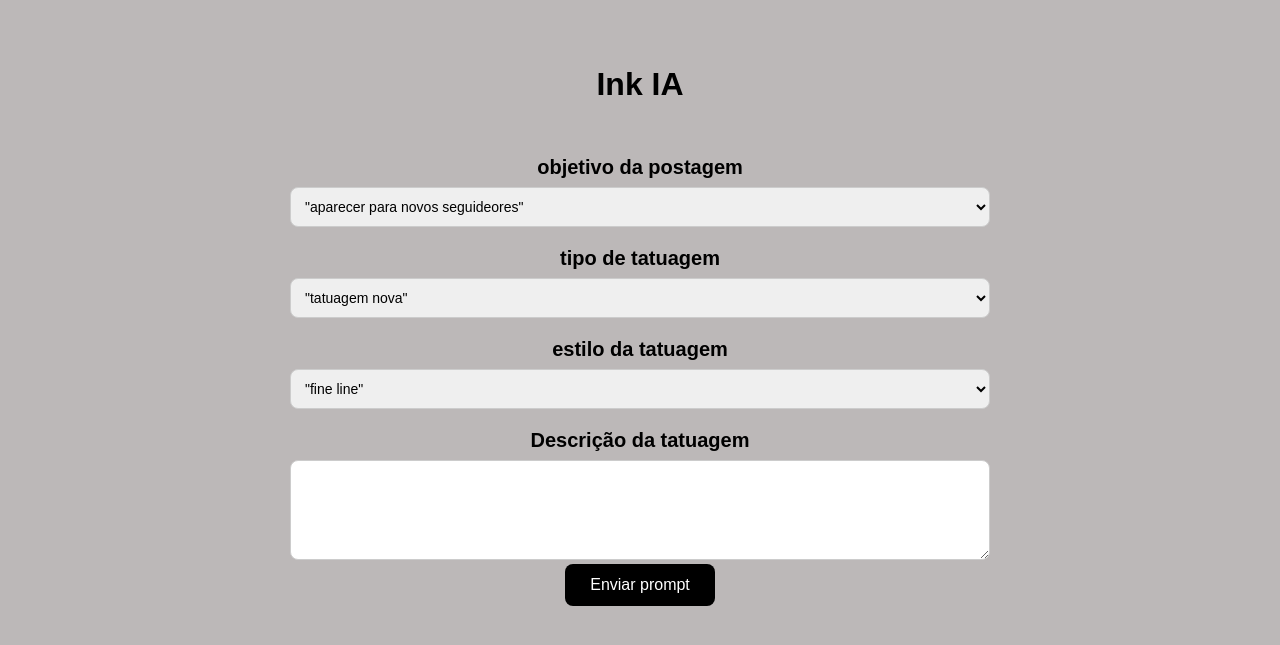
Repository: Ubiratandev/ink_api
Page: ink_IA/ink_ia.html
An editor plug-in stored every save of this project. The page is shown before and after the next save, followed by the edit.
The browser window is 1280 px wide. The pictures show the whole page.

Above is the page before, as saved 2026-03-25 00:15:50.

### ink_IA/ink_ia.html
<!DOCTYPE html>
<html>
<head>
    <link rel="stylesheet" href="styles.css">
    <title>Ink IA</title>
</head>
<header>
    <h1>Ink IA</h1>
</header>
<body>
   <div class="objetivo">
    <h2>objetivo da postagem</h2>
    <select value = "Objetivo da postagem:" id = "objetivo" onchange={changeObjetivo()}>
    <optgroup>
        <option value = "aparecer para novos seguideores"> "aparecer para novos seguideores"</option>
        <option value = "engajar com pessoas que ja viram as suas postagens">"engajar com pessoas que ja viram as suas postagens"</option>
        <option value = "vender para pessoas que ja engajaram com voce">"vender para pessoas que ja engajaram com voce"</option>
    </optgroup>
   </select>
   <script>
    const changeObjetivo =()=>{
   const objetivo = document.getElementById("objetivo").value;
   }
   </script>
   </div>

   <div class="tipo_tatuagem">


    <h2>tipo de tatuagem</h2>
    <select value = "tipo de tatuagem" id ="tipo" onchange={changeTipo()}>
    <optgroup>
        <option value = "tatuagem nova"> "tatuagem nova"</option>
        <option value = "cobertura">"cobertura"</option>
        <option value = "reforma">"reforma"</option>
    </optgroup>
   </select>
   <script>
   const changeTipo =()=>{
    const tipo = document.getElementById("tipo").value;
   }
   </script>
   </div>



   <div class="estilo">


    <h2>estilo da tatuagem</h2>
    <select value = "estilo da tatuagem" id = "estilo" onchange = {changeEstilo()}>
    <optgroup>
        <option value = "fine line"> "fine line"</option>
        <option value = "realismo preto e cinza">"realismo preto e cinza"</option>
        <option value = "realismo colorido">"realismo colorido"</option>
        <option value = "neotradicional">"neotradicional"</option>

    </optgroup>
   </select>
   <script>
    const changeEstilo = ()=>{
        const estilo = document.getElementById("estilo").value;
    }
   </script>
   </div>

<div>
  <h2>Descrição da tatuagem</h2>

  <textarea id="descricao"></textarea>


  <script>
    let desc = "";

    const descricao = document.getElementById("descricao");

    descricao.addEventListener("input", () => {
      desc = descricao.value;

    });
  </script>
</div>

<script>
    function abrirModal(texto) {
  document.getElementById("conteudoResposta").innerText = texto;
  document.getElementById("modal").style.display = "block";
}

function fecharModal() {
  document.getElementById("modal").style.display = "none";
}
</script>

    <div id="modal" style="display:none; position:fixed; top:0; left:0; width:100%; height:100%; background:rgba(0,0,0,0.6);">

  <div style="background:white; padding:20px; margin:10% auto; width:60%; border-radius:10px;">

    <button onclick="fecharModal()">X</button>

    <h3>Resultado</h3>
    <p id="conteudoResposta"></p>

  </div>

</div>


   <div>
<button onclick="enviarPrompt()">Enviar prompt</button>
   <script>
    const enviarPrompt =()=>{
        let prompt = `Você é um especialista em marketing para tatuadores.

Crie uma legenda para Instagram com base EXCLUSIVAMENTE nas informações abaixo:

Descrição: ${desc}
Tipo: ${tipo}
Estilo: ${estilo}
Objetivo: ${objetivo}

REGRAS IMPORTANTES:
- NÃO invente elementos que não estão na descrição
- NÃO substitua palavras por sinônimos (ex: borboleta ≠ mariposa)
- Use exatamente os conceitos fornecidos
- Seja fiel à descrição
- Não adicione nada que não seja referente a postagem, nem comentarios nem observações

A legenda deve:
- Ser envolvente e natural
- Conversar com o público de tatuagem
- Incluir um CTA sutil

Inclua também:
- 10 hashtags relevantes BASEADAS SOMENTE na descrição

Formato:

Legenda:
CTA:
Hashtags:`
enviar(prompt)
    }
   </script>
   </div>

   <script>
    async function enviar(prompt) {

  const response = await fetch("http://localhost:5000/gerar", {
    method: "POST",
    headers: {
      "Content-Type": "application/json"
    },
    body: JSON.stringify({
      prompt: prompt
    })
  });

  const data = await response.json();
abrirModal(data.resposta);
  console.log(data.resposta);

}
   </script>
</body>
</html>

### ink_IA/styles.css
/* RESET básico */
header {
  margin: 0;
  padding: 15px;
  font-family: Arial, sans-serif;
  background: #bcb8b8;
  justify-content:center;
  align-items:center;
  text-align:center;


}

body {
  margin: 0;
  padding: 15px;
  font-family: Arial, sans-serif;
  background: #bcb8b8;
  justify-content:center;
  align-items:center;
  text-align:center;


}

/* títulos */
h2 {
  font-size: 18px;
  margin-bottom: 8px;
}

/* containers */
.objetivo,
.tipo_tatuagem,
.estilo,
div {
  margin-bottom: 20px;
}

/* inputs */
select,
textarea {
  width: 100%;
  padding: 10px;
  border-radius: 8px;
  border: 1px solid #ccc;
  font-size: 14px;
  box-sizing: border-box;
}

/* textarea */
textarea {
  min-height: 100px;
  resize: vertical;
}

/* botão */
button {
  width: 100%;
  padding: 12px;
  background: black;
  color: white;
  border: none;
  border-radius: 8px;
  font-size: 16px;
  cursor: pointer;
  margin:auto;
}

button:hover {
  background: #333;
}

/* MODAL */
#modal {
  display: none;
  position: fixed;
  top: 0;
  left: 0;
  width: 100%;
  height: 100%;
  background: rgba(0,0,0,0.6);
}

#modal .box {
  background: white;
  padding: 20px;
  margin: 20% auto;
  width: 90%;
  border-radius: 10px;
  max-height: 70vh;
  overflow-y: auto;
}

/* texto do modal */
#conteudoResposta {
  white-space: pre-line;
  font-size: 14px;
  line-height: 1.5;
}

/* botão fechar */
#modal button {
  width: auto;
  background: red;
  margin-bottom: 10px;
}



@media (min-width: 768px) {

  body {
    padding: 30px;
  }

  /* centraliza layout */
  body > div {
    max-width: 700px;
    margin: auto;
  }

  button {
    width: auto;
    padding: 12px 25px;
  }

  #modal .box {
    width: 60%;
    margin: 10% auto;
  }

  h2 {
    font-size: 20px;
  }
}

After the next save:
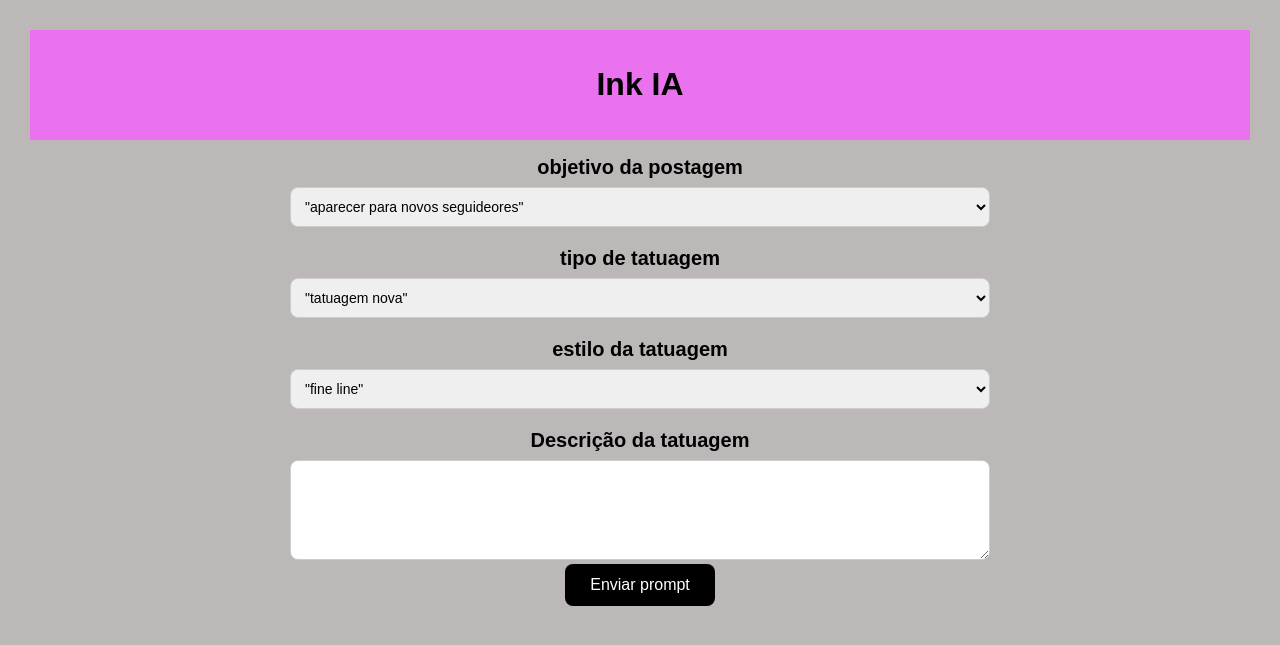
Saved 17 s later.
--- a/ink_IA/styles.css
+++ b/ink_IA/styles.css
@@ -3,7 +3,7 @@ header {
   margin: 0;
   padding: 15px;
   font-family: Arial, sans-serif;
-  background: #bcb8b8;
+  background: #eb72ef;
   justify-content:center;
   align-items:center;
   text-align:center;
